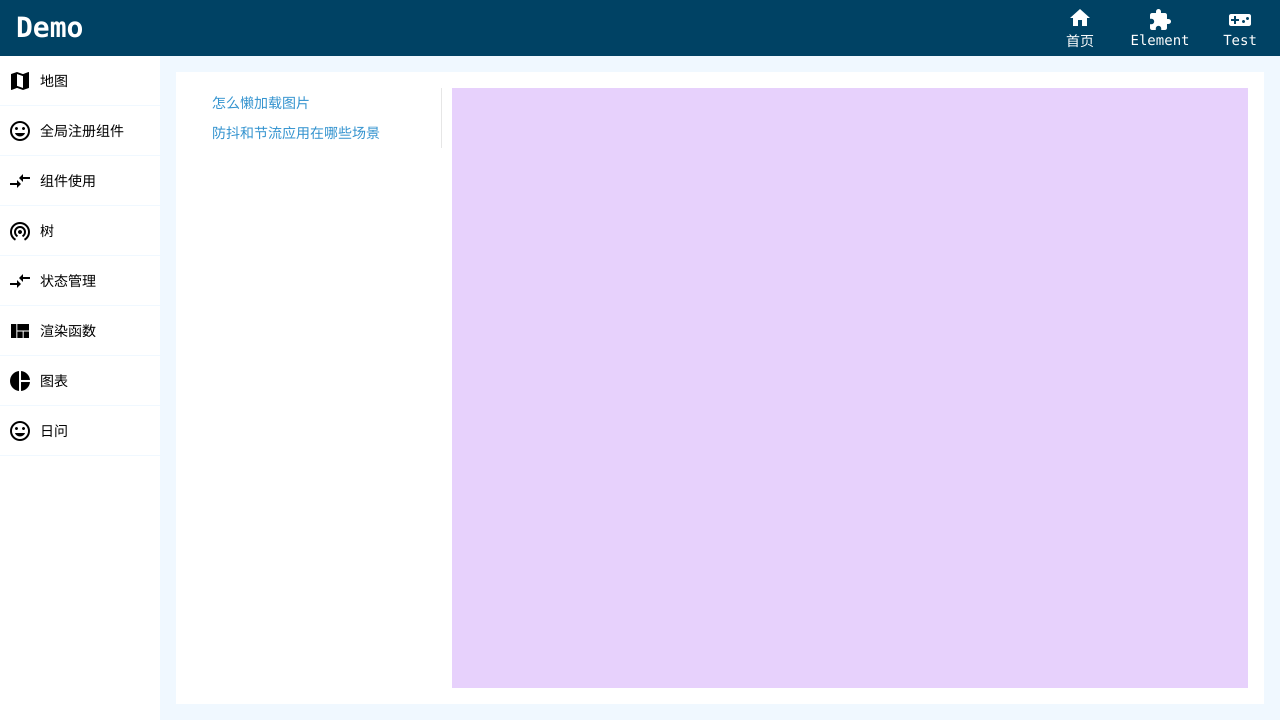
Repository: zh-webliker/element-vue
Page: /lazyLoadingInmg
These files come from the project's save history. The page is drawn as it stood at one moment and after the next save; the edit follows.
The browser window is 1280 px wide. The pictures show the whole page.
The project was rebuilt for these pictures with package versions that can differ from the ones it lists, and the page was loaded fresh each time. Also part of the build but not shown: vue.config.js, src/components/baseComponts/Basebutton.vue, src/components/baseComponts/Basetitle.vue, src/components/dailyQuestion/lazyLoadingInmg.vue. Imported but missing from the stored project, and not drawn on this page: src/json/contour, src/json/hl.

Above is the page before, as saved 2020-10-09 10:49:15.

### public/index.html
<!DOCTYPE html>
<html lang="en">
  <head>
    <meta charset="utf-8">
    <meta http-equiv="X-UA-Compatible" content="IE=edge">
    <meta name="viewport" content="width=device-width,initial-scale=1.0">
    <link rel="icon" href="<%= BASE_URL %>favicon.ico">
    <title>demo</title>

  </head>
  <body>
    <noscript>
      <strong>We're sorry but demo doesn't work properly without JavaScript enabled. Please enable it to continue.</strong>
    </noscript>
    <div id="app"></div>
    <!-- built files will be auto injected -->
  </body>
</html>

### src/main.js
import Vue from 'vue'
import App from './App.vue'
import router from './router'
import store from './store/store'

import './style/style.scss'
import 'material-icons'

/***
 * 初始化axios
 * https://www.kancloud.cn/yunye/axios/234845
 */
import axios from 'axios'
axios.defaults.baseURL = process.env.NODE_ENV === 'production' ? '/' : '/api';
axios.defaults.headers.withCredentials = true;
Vue.prototype.$axios = axios;

// import './style/test.scss'

/**
 * element
 * */
import Element from 'element-ui'
import './style/element-variables.scss'
Vue.use(Element);


Vue.config.productionTip = false;

// import upperFirst from 'lodash/upperFirst'
// import camelCase from 'lodash/camelCase'

// const requireComponent = require.context(
//   // 其组件目录的相对路径
//   // '../src/components/baseComponts',
//   './components/baseComponts',
//   // 是否查询其子目录
//   false,
//   // 匹配基础组件文件名的正则表达式
//   /Base[A-Z]\w+\.(vue|js)$/
// )
// console.log(requireComponent.keys())
// requireComponent.keys().forEach(fileName => {
//   // 获取组件配置
//   const componentConfig = requireComponent(fileName)
//   // 这个地方直接传入filename其实就是内部会调用了resolve方法，会返回对应的文件内容（不理解可以console一下看看）
//   // 获取组件的 PascalCase 命名
//   const componentName = upperFirst(
//     camelCase(
//       // 获取和目录深度无关的文件名
//       fileName
//         .split('/')
//         .pop()
//         .replace(/\.\w+$/, '')
//     )
//   )

//   // 全局注册组件
//   Vue.component(
//     componentName,
//     // 如果这个组件选项是通过 `export default` 导出的，
//     // 那么就会优先使用 `.default`，
//     // 否则回退到使用模块的根。
//     componentConfig.default || componentConfig
//   )
// })
import Basebutton from './components/baseComponts/Basebutton.vue'
import Basetitle from './components/baseComponts/Basetitle.vue'
Vue.component('Basebutton', Basebutton)
Vue.component('Basetitle', Basetitle)
new Vue({
  router,
  store,
  render: h => h(App)
}).$mount('#app');

### src/App.vue
<template>
  <div id="app">

    <!--header标签和下面的nav标签，是H5新增的标签，相当于有语义的div-->
    <header class="header">

      <h1>{{appName}}</h1>

      <nav>

        <!--router-link是vue自带组件，用于项目内跳转，会编译成a标签-->
        <router-link to="/Main">
          <i class="material-icons">home</i>
          <span>首页</span>
        </router-link>
        <router-link to="/Element">
          <i class="material-icons">extension</i>
          <span>Element</span>
        </router-link>

        <router-link to="/Test">
          <i class="material-icons">videogame_asset</i>
          <span>Test</span>
        </router-link>
        <!--<router-link to="/">
          <i class="material-icons">logout</i>
          <span>退出</span>
        </router-link>-->
      </nav>
    </header>

    <router-view/>

  </div>
</template>

<script>
  const appName = "Demo";

  export default ({
    name: "App",
    data(){
      return {
        appName
      }
    }
  })

</script>

<style lang="scss">

</style>

### src/router.js
import Vue from 'vue'
import Router from 'vue-router'

Vue.use(Router);

export default new Router({
  mode: 'history',
  routes: [
    {
      path: "/",
      redirect: "/Main"
    },
    {
      name: "Main",
      path: "/Main",
      component: ()=> import('./views/main/Main.vue'),
      children: [
        {
          path: "/",
          redirect: "/Main/Map"
        },
        {
          //在router-link跳转中，如果路由设置了name，也可以用name替代path
          name: "Map",
          path: "/Main/Map",
          component: ()=> import('./views/main/Map.vue')
        },
        {
          name: "Icon",
          path: "/Main/Icon",
          component: ()=> import('./views/main/Icon.vue')
        },
        {
          name: "Tree",
          path: "/Main/Tree",
          component: ()=> import('./views/main/Tree.vue')
        },
        {
          name: "Storage",
          path: "/Main/Storage",
          component: ()=> import('./views/main/Storage.vue')
        },
        {
          name: "Storage2",
          path: "/Main/Storage2",
          component: ()=> import('./views/main/Storage2.vue')
        },
        {
          name: "Deliver",
          path: "/Main/Deliver",
          component: ()=> import('./views/main/Deliver.vue')
        },
        {
          name: "Charts",
          path: "/Main/Charts",
          component: ()=> import('./views/main/Charts.vue')
        },
        {
          name: "dailyQuestion",
          path: "/dailyQuestion",
          component: ()=> import('./views/main/dailyQuestion.vue'),
          children: [
            {
              name: "lazyLoadingInmg",
              path: "/lazyLoadingInmg",
              component: ()=> import('./components/dailyQuestion/lazyLoadingInmg.vue')
            },
            {
              name: "debounce",
              path: "/debounce",
              component: ()=> import('./components/dailyQuestion/debounce.vue')
            },
          ]
        }
      ]
    },
    {
      name: "Element",
      path: "/Element",
      component: ()=> import('./views/element/ElementMain.vue'),
      children: [
        {
          path: "/",
          redirect: "/Element/Table"
        },
        {
          name: "Table",
          path: "/Element/Table",
          component: ()=> import('./views/element/Table.vue'),
        },
        {
          name: "Tab",
          path: "/Element/Tab",
          component: ()=> import('./views/element/Tab.vue'),
        },
        {
          name: "Form",
          path: "/Element/Form",
          component: ()=> import('./views/element/Form.vue'),
        },
        {
          name: "Tree",
          path: "/Element/Tree",
          component: ()=> import('./views/element/Tree.vue'),
        }
      ]
    },

    {
      name: "Test",
      path: "/Test",
      component: ()=> import('./views/test/Test.vue'),
      redirect: "/Test/Mixin",

      children:[
        {
          name: "Mixin",
          path: "/Test/Mixin",
          component: ()=> import('./views/test/mixins/Index.vue')
        },
        {
          name: "DraggableModule",
          path: "/Test/DraggableModule",
          component: ()=> import('./views/test/draggable/DraggableModule.vue')
        }
      ]
    },

    //把404页面放到最后匹配剩下的全部页面
    {
      name: "404",
      path: "*",
      component: ()=> import('./views/404.vue'),
    }

  ]
})

### src/store/store.js
import Vue from 'vue'
import Vuex from 'vuex'

import StorageStore from './StorageStore'

Vue.use(Vuex);

export default new Vuex.Store({
  state: {

  },
  mutations: {

  },
  actions: {

  },

  //引入模组store
  modules: {
    storage: StorageStore
  }
})

### src/style/style.scss


/*theme*/
$primaryColor: #0065cb;
$primaryTextColor: white;
$primaryBgColor: #004264;
$bgColor: white;

/*global*/
a {
  text-decoration: none;
  color: inherit;
}
.page {
  position: absolute;
  top: 56px;
  bottom: 0;
  left: 0;
  right: 0;
  background-color: aliceblue;
}


/*body*/
body{
  padding: 0; margin: 0;
  font-family: 'Consolas', 'Microsoft YaHei UI';
  font-size: 14px;
}

/*header*/
header {
  background-color: $primaryBgColor;
  color: $primaryTextColor;
  padding: 0 16px;
  position: relative;
  height: 56px;

  h1 {
    margin: 0;
    line-height: 56px;
  }

  nav {
    position: absolute;
    right: 0;
    top: 0;
    height: 100%;
    cursor: pointer;
    display: flex;
    justify-content: center;

    a {
      display: inline-flex;
      width: 80px;
      height: 100%;
      justify-content: center;
      flex-direction: column;
      text-align: center;

      &:hover{
        background-color: rgba(255,255,255,0.1);
      }

      &.router-link-active{
        background-color: rgba(255,255,255,0.4);
      }
    }
  }
}

/*left navbar*/
.left-nav {
  position: absolute;
  width: 160px;
  top: 0;
  bottom: 0;
  left: 0;
  background-color: white;
  //color: $primaryTextColor;


  a {
    position: relative;
    display: flex;
    width: 100%;
    height: 50px;
    cursor: pointer;

    &:hover{
      //background-color: rgba(100,100,100,0.1);
      color: rgb(100,100,100);
    }
    &.router-link-active{
      //background-color: rgba(0,0,0,0.1);
      color: $primaryColor;
    }
    &:after{
      content: "";
      position: absolute;
      bottom: 0;
      width: 100%;
      height: 1px;
      //transform: scaleY(0.5);
      background-color: aliceblue;
    }

    i {
      line-height: 50px;
      width: 40px;
      text-align: center;
      font-size: 24px;
    }
    span {
      line-height: 50px;
      font-size: 14px;
    }

  }
}


.page-content {
  position: absolute;
  left: 160px;
  top: 0;
  bottom: 0;
  right: 0;
  //background-color: aliceblue;
  margin: 16px;
  padding: 16px;
  background-color: white;
  overflow-y: auto;
  overflow-x: auto;

  article{
    padding-bottom: 80px;
  }
}

### src/style/element-variables.scss
/* 改变主题色变量 */
// $--color-primary: #00806a;
$--color-primary: rgb(51, 147, 207);
// $--color-danger:pink;
/* 改变 icon 字体路径变量，必需 */
$--font-path: '~element-ui/lib/theme-chalk/fonts';

@import "~element-ui/packages/theme-chalk/src/index";

.el-main>div:nth-child(2){
  padding: 16px;
}

### src/views/main/Main.vue
<template>
  <div class="page">

    <nav class="left-nav">
      <router-link to="Map">
        <i class="material-icons">map</i>
        <span>地图</span>
      </router-link>
      <router-link to="Icon">
        <i class="material-icons">insert_emoticon</i>
        <span>全局注册组件</span>
      </router-link>
      <router-link to="Storage2">
        <i class="material-icons">compare_arrows</i>
        <span>组件使用</span>
      </router-link>
      <router-link to="Tree">
        <i class="material-icons">wifi_tethering</i>
        <span>树</span>
      </router-link>
      <router-link to="Storage">
        <i class="material-icons">compare_arrows</i>
        <span>状态管理</span>
      </router-link>
      <router-link to="Deliver">
        <i class="material-icons">view_quilt</i>
        <span>渲染函数</span>
      </router-link>
      <router-link to="Charts">
        <i class="material-icons">pie_chart</i>
        <span>图表</span>
      </router-link>
      <router-link to="dailyQuestion">
        <i class="material-icons">insert_emoticon</i>
        <span>日问</span>
      </router-link>
    </nav>

    <div class="page-content">
      <router-view/>
    </div>
  </div>
</template>

<script>
  export default {
    name: "Main"
  }
</script>

<style scoped>

</style>

### src/views/main/dailyQuestion.vue
<template>
  <div class="dailyQuestionPage">
    <nav class="leftNav">
      <el-menu :default-active="isActive" router>
        <el-menu-item v-for='i in menu' :key='i.id' :index="i.url">{{i.title}}</el-menu-item>
      </el-menu>
    </nav>
    <div class="rightContent">
      <router-link :to="isActive"></router-link>
    </div>
  </div>
</template>

<script>
export default {
  name: 'dailyQuestion',
  data () {
    return {
      menu: [
        {title: '怎么懒加载图片', url: '/lazyLoadingInmg' , id: '1'},
        {title: '防抖和节流应用在哪些场景', url: '/lazyLoadingInmg', id: '2'}
      ],
      // isActive: '1'
    }
  },
  computed: {
    isActive () {
      console.log(this.$route.name)
      // return this.$route.path
      if (this.$route.name === 'dailyQuestion') {
        return '/lazyLoadingInmg'
      } else {
        return this.$route.path
      }
    }
  }
}
</script>

<style lang='scss' scoped>
.dailyQuestionPage {
  display: flex;
  height: 100%;
  .leftNav {
    width: 250px;
    height: 100%;
    // background: rgb(252, 253, 201);
    margin-right: 10px;
    .el-menu-item {
      height: 30px;
      line-height: 30px;
    }
  }
  .rightContent {
    flex: 1 1 auto;
    // min-width: 300px;
    background: rgb(231, 209, 252);
  }
}
</style>

### src/store/StorageStore.js

//vuex store 模块
//https://vuex.vuejs.org/zh/guide/modules.html

export default {

  //开启命名空间
  namespaced: true,

  //状态
  state: {
    "storageText": "请输入一些文字",
    "storageTime": 0
  },

  //set操作
  mutations: {
    setText: (state, text)=> state.storageText = text,
    setTime: (state, time)=> state.storageTime = time
  },

  //批量操作，可以执行异步
  actions: {
    setStorage(context, obj){
      context.commit('setText', obj.text);
      context.commit('setTime', obj.time);
    }
  },

  //get操作
  getters:{
    getText(state) {
      return state.storageText;
    },
    getTime(state) {
      return state.storageTime;
    },
    getNextTime(state){
      return state.storageTime + 60;
    }
  }
}

After the next save:
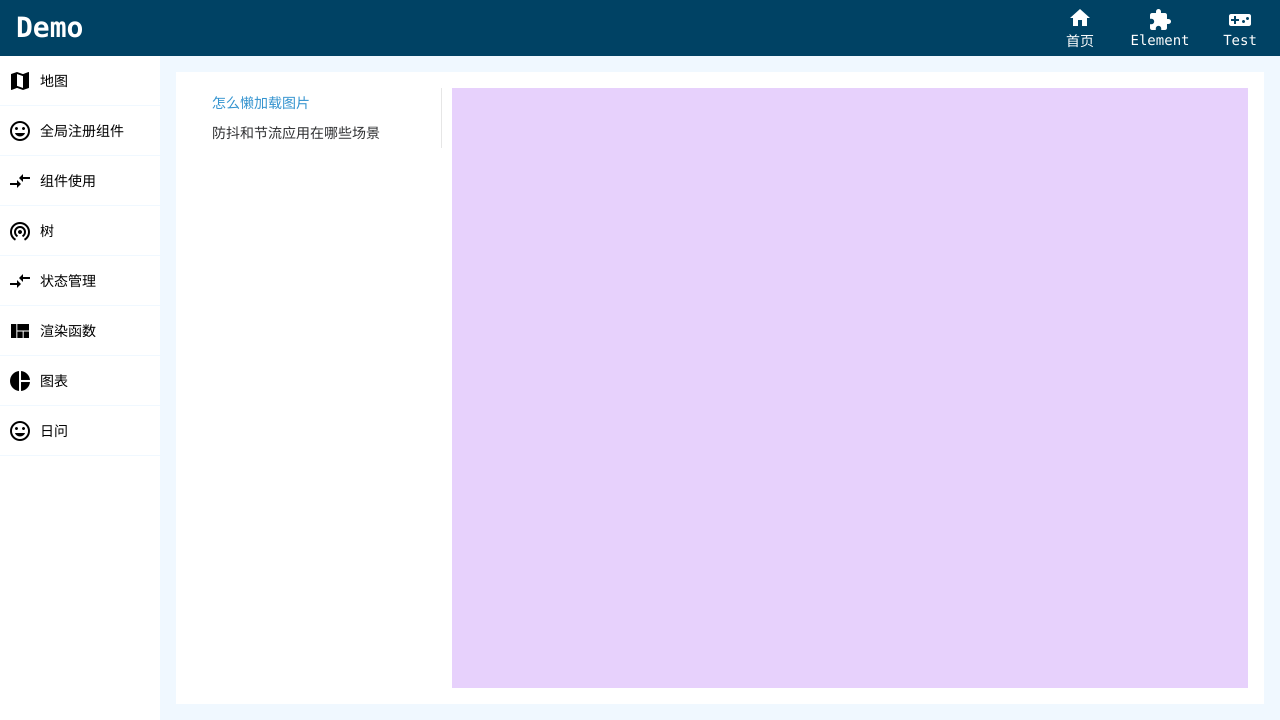
Saved 3 s later.
--- a/src/views/main/dailyQuestion.vue
+++ b/src/views/main/dailyQuestion.vue
@@ -18,7 +18,7 @@ export default {
     return {
       menu: [
         {title: '怎么懒加载图片', url: '/lazyLoadingInmg' , id: '1'},
-        {title: '防抖和节流应用在哪些场景', url: '/lazyLoadingInmg', id: '2'}
+        {title: '防抖和节流应用在哪些场景', url: '/debounce', id: '2'}
       ],
       // isActive: '1'
     }
